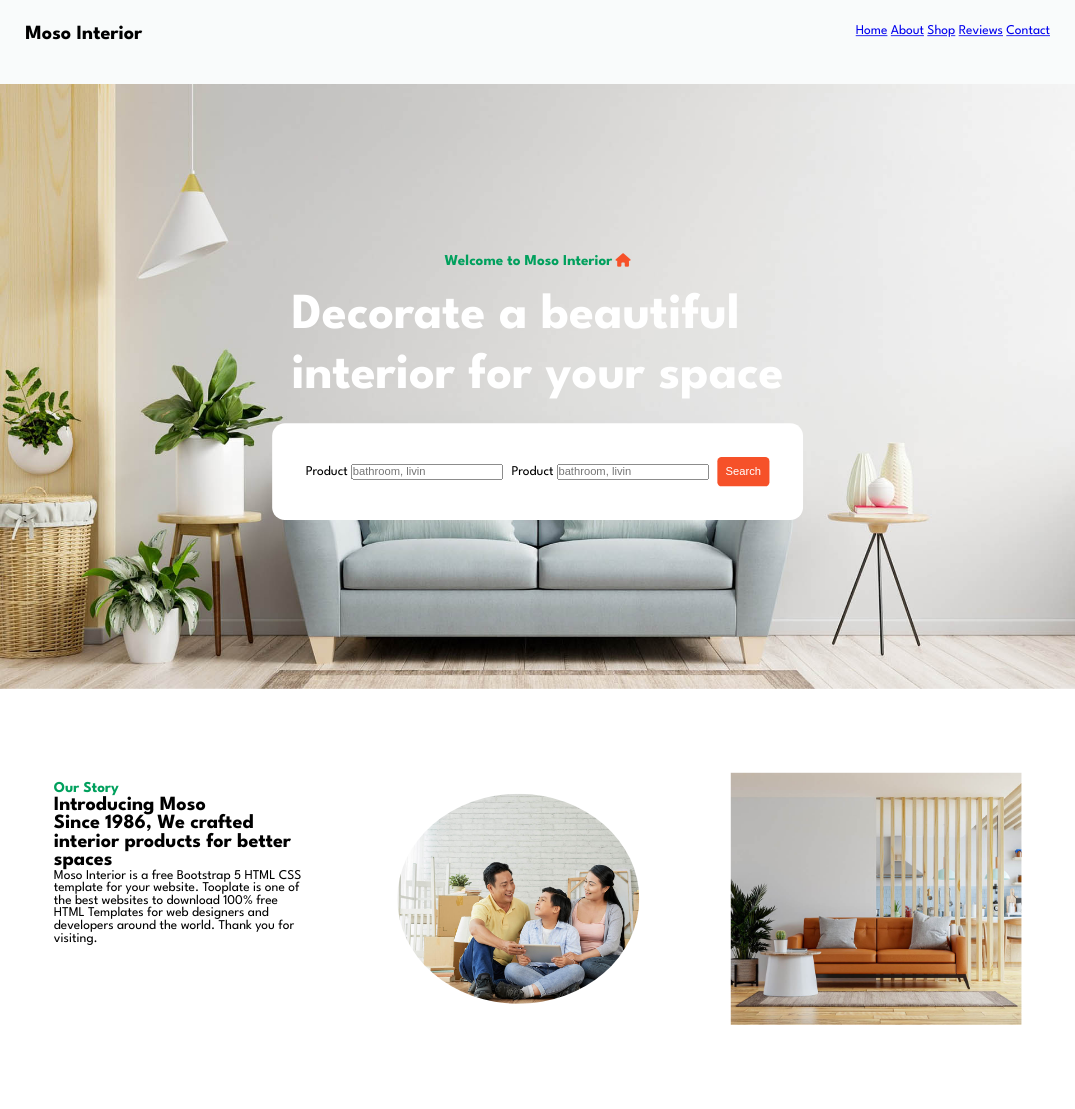
Repository: mariamnabil23/furniture
Page: index.html
The author's editor kept a copy of each file at every save. The page is drawn from the files as they stood at one save, then again after the next save.
The browser window is 1280 px wide. The pictures show the whole page, at 84% of full size.
Some web fonts or font styles are not loaded; a fallback is used.

Above is the page before, as saved 2024-10-30 16:16:25.

After the next save:
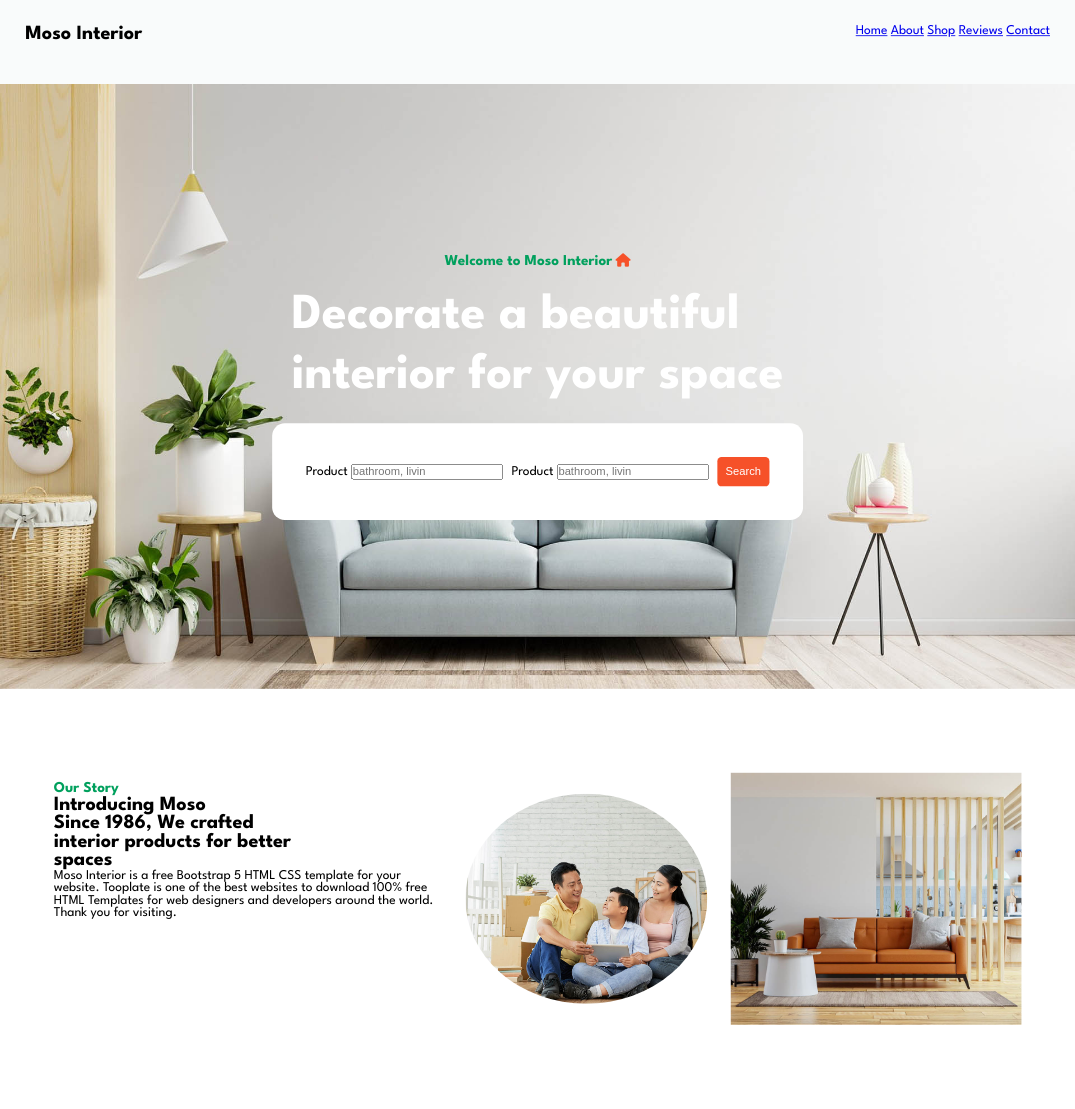
Saved 9 s later.
--- a/style.css
+++ b/style.css
@@ -101,7 +101,7 @@ ul{
     margin: 100px auto;
 }
 .about .left{
-    width: 300px;
+    width: 40%;
     height: 280px;
 }
 .about .left h5{
